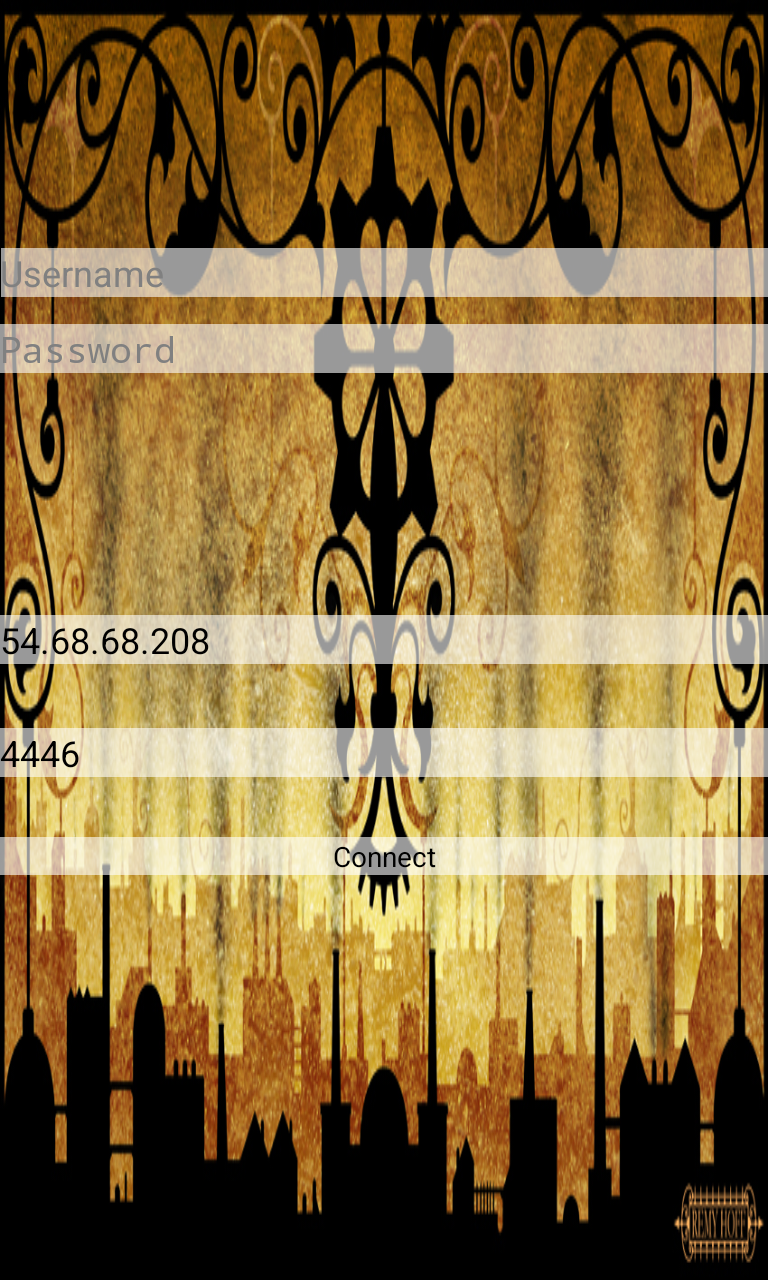
Repository: jkrepps/CSCE-482
Layout: Mobile Client (eclipse)/Industry of Deciet/res/layout/mains.xml
An editor plug-in stored every save of this project. The layout is shown before and after the next save, followed by the edit.
It is drawn on a 768 x 1280 px phone screen (xhdpi) without system bars, with theme AppTheme; the app's code is not run.

Above is the layout before, as saved 2014-12-03 10:13:00.

### Mobile Client (eclipse)/Industry of Deciet/res/layout/mains.xml
<?xml version="1.0" encoding="utf-8"?>
<FrameLayout xmlns:android="http://schemas.android.com/apk/res/android"
    android:layout_width="match_parent"
    android:layout_height="match_parent"
    android:background="@drawable/background_opening"
    android:theme="@android:style/Theme.NoTitleBar"
    >

    <!-- android:background="#0099cc"
         The primary full-screen view. This can be replaced with whatever view
         is needed to present your content, e.g. VideoView, SurfaceView,
         TextureView, etc.

    -->

    <!--
         This FrameLayout insets its children based on system windows using
         android:fitsSystemWindows.
    -->

    <RelativeLayout
        android:layout_width="match_parent"
        android:layout_height="match_parent" >

        <EditText
            android:id="@+id/editText1"
            android:layout_width="match_parent"
            android:layout_height="wrap_content"
            android:layout_alignBottom="@+id/editText2"
            android:layout_alignParentLeft="true"
            android:layout_marginBottom="38dp"
            android:background="#99FFFFFF"
            android:ems="10"
            android:hint="Username"
            android:inputType="textPersonName"
            android:textColor="#FF000000" >

            <requestFocus />
        </EditText>

        <Button
            android:id="@+id/button1"
            android:layout_width="match_parent"
            android:layout_height="wrap_content"
            android:layout_alignParentLeft="true"
            android:layout_below="@+id/editText4"
            android:layout_marginTop="30dp"
            android:background="#99FFFFFF"
            android:shadowColor="@android:color/holo_blue_dark"
            android:shadowDx="15"
            android:shadowDy="50"
            android:shadowRadius="10"
            android:text="@string/button_main_menu"
            android:textColor="#FF000000" />

        <EditText
            android:id="@+id/editText2"
            android:layout_width="match_parent"
            android:layout_height="wrap_content"
            android:layout_alignParentLeft="true"
            android:layout_alignParentTop="true"
            android:layout_marginTop="162dp"
            android:background="#99FFFFFF"
            android:ems="10"
            android:hint="Password"
            android:inputType="textPassword"
            android:textColor="#FF000000" />

        <EditText
            android:id="@+id/editText4"
            android:layout_width="match_parent"
            android:layout_height="wrap_content"
            android:layout_alignParentLeft="true"
            android:layout_below="@+id/editText3"
            android:layout_marginTop="32dp"
            android:background="#99FFFFFF"
            android:ems="10"
            android:inputType="textPersonName"
            android:text="@string/Port"
            android:textColor="#FF000000" />

        <EditText
            android:id="@+id/editText3"
            android:layout_width="match_parent"
            android:layout_height="wrap_content"
            android:layout_alignParentLeft="true"
            android:layout_centerVertical="true"
            android:background="#99FFFFFF"
            android:ems="10"
            android:inputType="textPersonName"
            android:text="@string/IP"
            android:textColor="#FF000000" />

    </RelativeLayout>

</FrameLayout>

### Mobile Client (eclipse)/Industry of Deciet/res/values/strings.xml
<?xml version="1.0" encoding="utf-8"?>
<resources>

    <string name="app_name">Industry of Deceit</string>
    <string name="dummy_button">Dummy Button</string>
    <string name="dummy_content">DUMMY\nCONTENT</string>
    <string name="hello_world">Hello world!</string>
    <string name="userText">Enter Text </string>
    <string name="menu_settings">Settings</string>
    <string name="username">yo</string>
    <string name="password">hihi</string>
    <string name="IP">54.68.68.208 </string>
    <string name="Port">4446 </string>
    <string name="button_main_menu">Connect</string>
    <string name="Centered"></string>

</resources>

Loaded but not shown: Mobile Client (eclipse)/Industry of Deciet/res/values/styles.xml (common file); Mobile Client (eclipse)/Industry of Deciet/res/values-v11/styles.xml (common file); Mobile Client (eclipse)/Industry of Deciet/res/values-v14/styles.xml (common file)

After the next save:
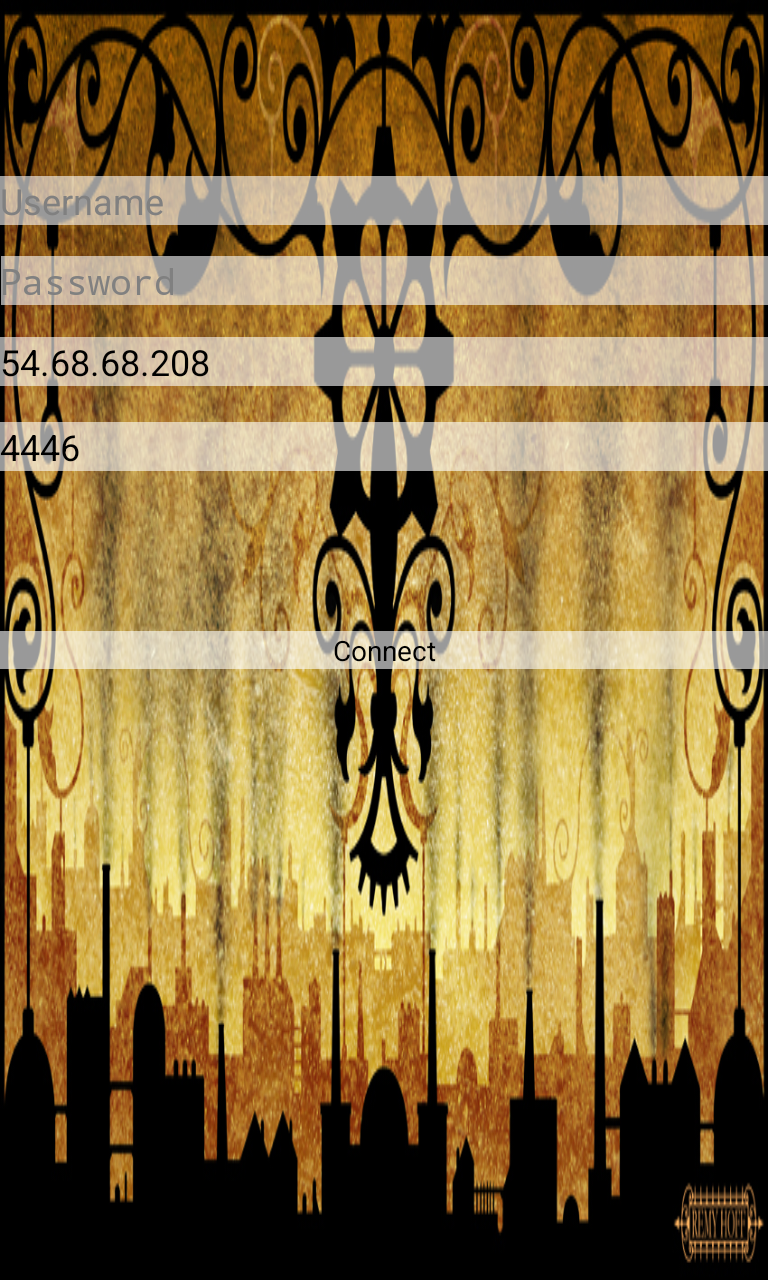
Saved 92 s later.
--- a/Mobile Client (eclipse)/Industry of Deciet/res/layout/mains.xml
+++ b/Mobile Client (eclipse)/Industry of Deciet/res/layout/mains.xml
@@ -23,20 +23,30 @@
         android:layout_height="match_parent" >
 
         <EditText
-            android:id="@+id/editText1"
+            android:id="@+id/editText3"
             android:layout_width="match_parent"
             android:layout_height="wrap_content"
-            android:layout_alignBottom="@+id/editText2"
             android:layout_alignParentLeft="true"
-            android:layout_marginBottom="38dp"
+            android:layout_below="@+id/editText2"
+            android:layout_marginTop="16dp"
+            android:textColor="#FF000000"
             android:background="#99FFFFFF"
             android:ems="10"
-            android:hint="Username"
             android:inputType="textPersonName"
-            android:textColor="#FF000000" >
+            android:text="@string/IP" />
 
-            <requestFocus />
-        </EditText>
+        <EditText
+            android:id="@+id/editText4"
+            android:layout_width="match_parent"
+            android:layout_height="wrap_content"
+            android:layout_alignParentLeft="true"
+            android:layout_below="@+id/editText3"
+            android:layout_marginTop="18dp"
+            android:textColor="#FF000000"
+            android:background="#99FFFFFF"
+            android:ems="10"
+            android:inputType="textPersonName"
+            android:text="@string/Port" />
 
         <Button
             android:id="@+id/button1"
@@ -44,13 +54,23 @@
             android:layout_height="wrap_content"
             android:layout_alignParentLeft="true"
             android:layout_below="@+id/editText4"
-            android:layout_marginTop="30dp"
+            android:layout_marginTop="80dp"
             android:background="#99FFFFFF"
             android:shadowColor="@android:color/holo_blue_dark"
-            android:shadowDx="15"
-            android:shadowDy="50"
-            android:shadowRadius="10"
             android:text="@string/button_main_menu"
+            android:textColor="#FF000000" />
+
+        <EditText
+            android:id="@+id/editText1"
+            android:layout_width="match_parent"
+            android:layout_height="wrap_content"
+            android:layout_alignBottom="@+id/editText2"
+            android:layout_alignParentLeft="true"
+            android:layout_marginBottom="40dp"
+            android:background="#99FFFFFF"
+            android:ems="10"
+            android:hint="Username"
+            android:inputType="textPersonName"
             android:textColor="#FF000000" />
 
         <EditText
@@ -59,37 +79,15 @@
             android:layout_height="wrap_content"
             android:layout_alignParentLeft="true"
             android:layout_alignParentTop="true"
-            android:layout_marginTop="162dp"
+            android:layout_marginTop="128dp"
             android:background="#99FFFFFF"
             android:ems="10"
             android:hint="Password"
             android:inputType="textPassword"
-            android:textColor="#FF000000" />
+            android:textColor="#FF000000" >
 
-        <EditText
-            android:id="@+id/editText4"
-            android:layout_width="match_parent"
-            android:layout_height="wrap_content"
-            android:layout_alignParentLeft="true"
-            android:layout_below="@+id/editText3"
-            android:layout_marginTop="32dp"
-            android:background="#99FFFFFF"
-            android:ems="10"
-            android:inputType="textPersonName"
-            android:text="@string/Port"
-            android:textColor="#FF000000" />
-
-        <EditText
-            android:id="@+id/editText3"
-            android:layout_width="match_parent"
-            android:layout_height="wrap_content"
-            android:layout_alignParentLeft="true"
-            android:layout_centerVertical="true"
-            android:background="#99FFFFFF"
-            android:ems="10"
-            android:inputType="textPersonName"
-            android:text="@string/IP"
-            android:textColor="#FF000000" />
+            <requestFocus />
+        </EditText>
 
     </RelativeLayout>
 
